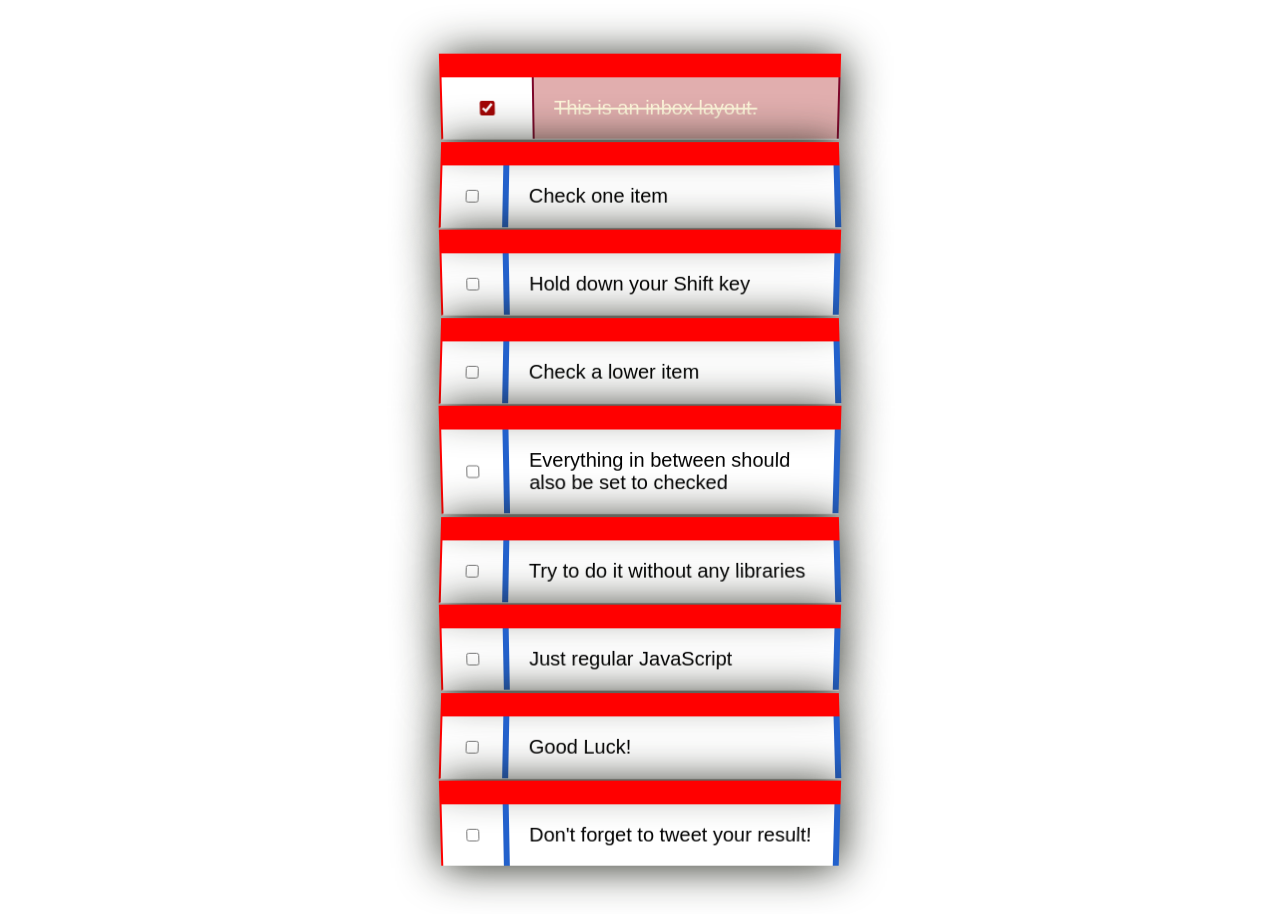
Repository: Freezler/Shift-Select-Checkboxes
Page: index.html
The author's editor kept a copy of each file at every save. The page is drawn from the files as they stood at one save, then again after the next save.
The browser window is 1280 px wide. The pictures show the whole page.
The first `input` is checked.

Above is the page before, as saved 2024-09-07 22:23:16.

### index.html
<!DOCTYPE html>
<html lang="en">

<head>
  <meta charset="UTF-8">
  <title>Hold Shift to Check Multiple Checkboxes</title>
  <link rel="icon" href="https://fav.farm/🔥" />
</head>

<body>
  <style>
    html {
      font-family: sans-serif;
      font-weight: 500;
      background: none;
    }




    .inbox {
      max-width: 400px;
      margin: 50px auto;

      border-radius: 5px;
    }

    .item {
      display: flex;
      transition: all 0.2s ease-in-out;
      border-inline-start: 2px solid red;
      ;
      border-block-start: 24px solid red;
      box-shadow: 1px 2px 44px rgba(32, 35, 24, 0.947);
      border-bottom: 1px solid #F1F1F1;
    }

    .item:last-child {
      border-bottom: 0;
    }

    input:checked+p {
      background: #F9F9F9;
      text-decoration: line-through;
    }

    input[type="checkbox"] {
      margin: 24px;
    }

    input:checked+p {
      background: #a3040452;
      text-decoration: line-through;
      color: cornsilk;
      border-inline: 2px solid #7c0529;
      transition: all 0.4s ease-in-out;
    }

    input:checked {
      accent-color: #a30404bd;
      stroke: red;

      width: 42px;
    }

    .inbox .item:nth-child(even) {
      transform: perspective(1500px) rotateX(12deg) translateY(3px) scale(1);

    }

    .item:nth-child(odd) {
      transform: perspective(1500px) rotateX(-12deg) translateY(3px);

    }

    .item:nth-child(odd):hover {
      transform: perspective(400px) rotateX(12deg) translateY(3px);

    }

    .item:nth-child(even):hover {
      transform: perspective(400px) rotateX(12deg) translateY(3px);

    }

    .item:nth-child(even) {
      transform: perspective(1500px) rotateX(-12deg) translateY(3px);

    }

    p {
      margin: 0;
      padding: 20px;
      transition: background 0.6s;
      flex: 1;

      font-size: 20px;
      font-weight: 200;
      border-inline: 6px solid #2361cc;
    }
  </style>
  <!--  The following is a common layout you would see in an email client.
        When a user clicks a checkbox, holds Shift, and then clicks another checkbox a few rows down, all the checkboxes in between those two checkboxes should be checked.

  -->
  <div class="inbox">
    <div class="item">
      <input type="checkbox">
      <p>This is an inbox layout.</p>
    </div>
    <div class="item">
      <input type="checkbox">
      <p>Check one item</p>
    </div>
    <div class="item">
      <input type="checkbox">
      <p>Hold down your Shift key</p>
    </div>
    <div class="item">
      <input type="checkbox">
      <p>Check a lower item</p>
    </div>
    <div class="item">
      <input type="checkbox">
      <p>Everything in between should also be set to checked</p>
    </div>
    <div class="item">
      <input type="checkbox">
      <p>Try to do it without any libraries</p>
    </div>
    <div class="item">
      <input type="checkbox">
      <p>Just regular JavaScript</p>
    </div>
    <div class="item">
      <input type="checkbox">
      <p>Good Luck!</p>
    </div>
    <div class="item">
      <input type="checkbox">
      <p>Don't forget to tweet your result!</p>
    </div>
  </div>

  <script>
    const checkboxes = document.querySelectorAll('.inbox input[type="checkbox"]');

    checkboxes.forEach(checkbox => checkbox.addEventListener('click', handleCheck))

    let lastChecked;

    function handleCheck(e) {
      // check for shift-press && checked
      let inBetween = false;
      // loop over every single checkbox
      if (e.shiftKey && this.checked) {
        checkboxes.forEach(checkbox => {
          if (checkbox === this || checkbox === lastChecked) {
            inBetween = !inBetween
          }
          if (inBetween) {
            checkbox.checked = true
          }
        })
      }

      if (e.shiftKey && this.checked) {
        console.log("haha it's clicked with shift down AND checked!")
      }
      if (e.shiftKey && !this.checked) {
        console.log("haha it's clicked with shift down but not checked!")
      }
      lastChecked = this;
    }

  </script>
</body>

</html>

After the next save:
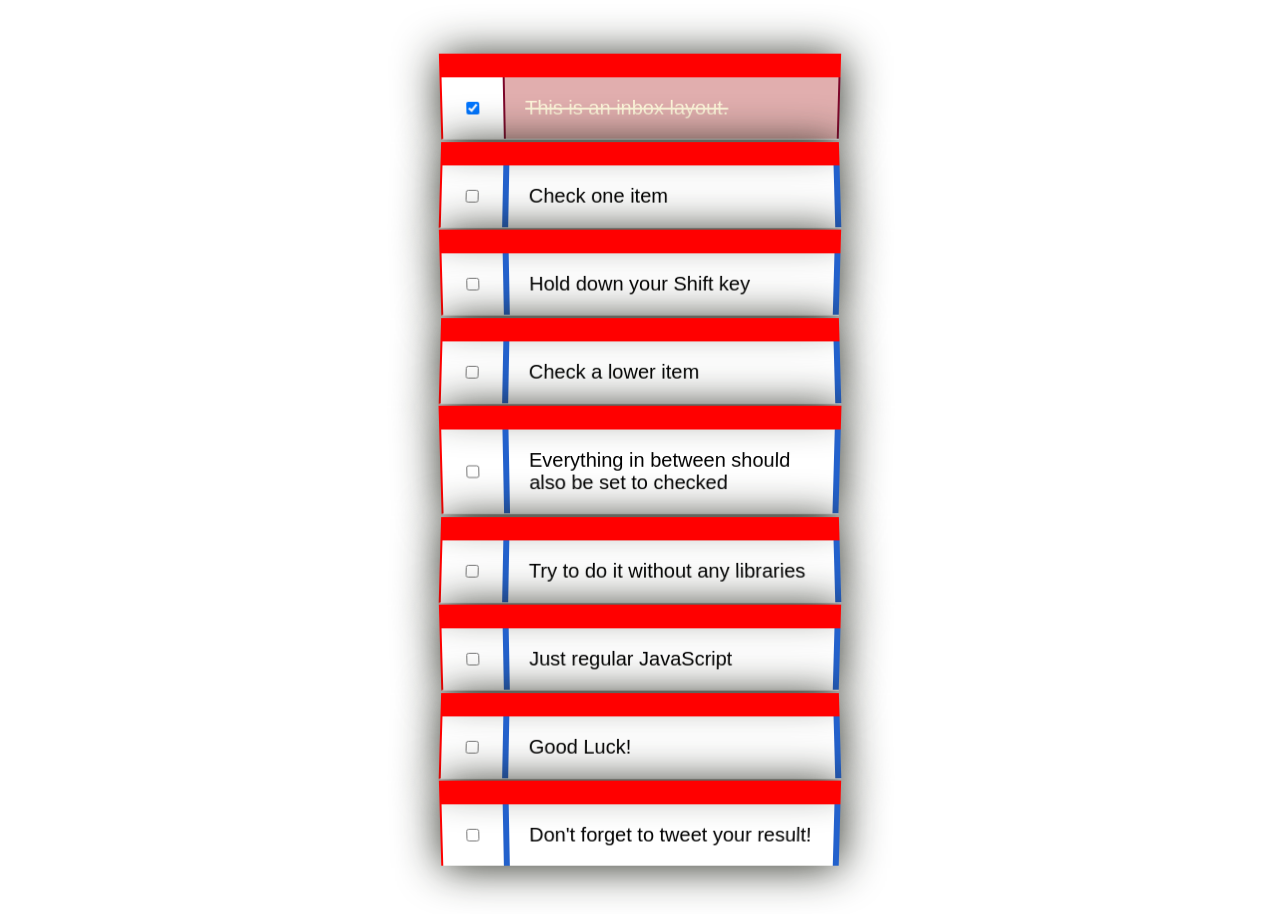
Saved 62 s later.
--- a/index.html
+++ b/index.html
@@ -56,9 +56,8 @@
       transition: all 0.4s ease-in-out;
     }
 
-    input:checked {
+    input:checked::-ms-checkbox {
       accent-color: #a30404bd;
-      stroke: red;
 
       width: 42px;
     }
